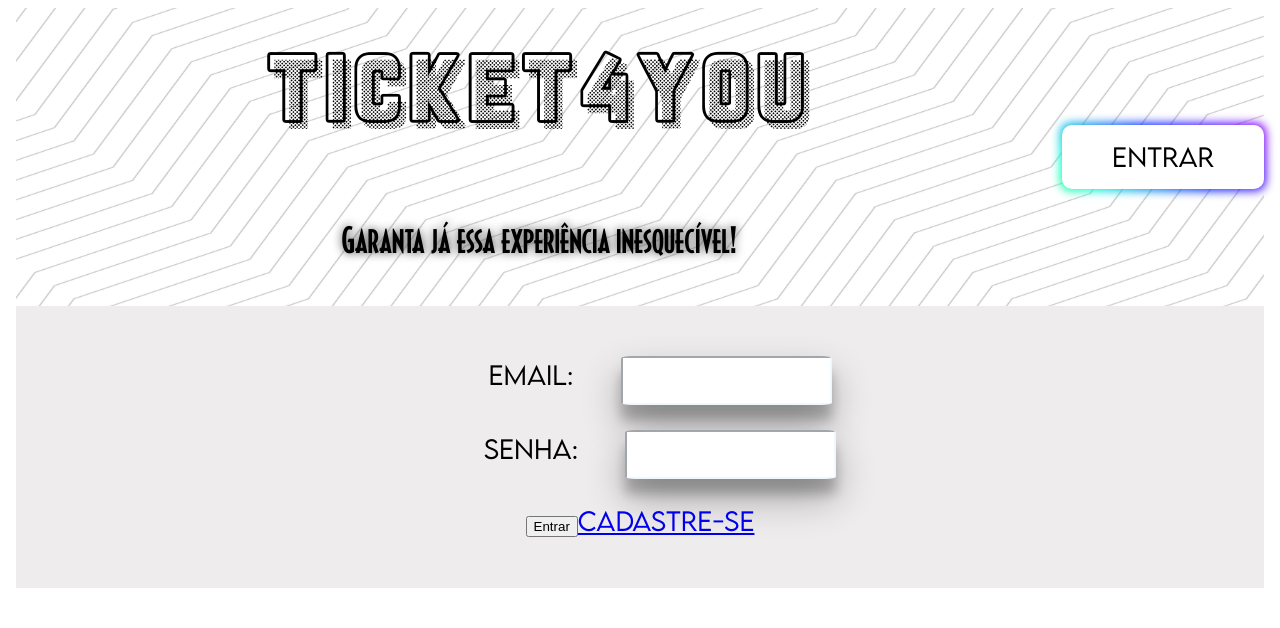
Repository: hellengurgaczz/projeto-DSA
Page: /login
An editor plug-in stored every save of this project. The page is shown before and after a run of saves, followed by the edit.
The browser window is 1280 px wide. The pictures show the whole page.
The project was rebuilt for these pictures with package versions that can differ from the ones it lists, and the page was loaded fresh each time. Some packages were replaced by stand-ins written for this rebuild. Also part of the build but not shown: angular.json, src/app/ingressos/templates/cadastrar/cadastrar.component.ts, src/app/models/ingresso.model.ts, src/app/services/ingresso.service.ts, src/app/compra/comprar-ingresso/comprar-ingresso.component.ts, src/app/models/compra.model.ts, src/app/services/compra.service.ts, src/app/ingressos/templates/deletar/deletar.component.ts and 3 more.

Above is the page before, as saved 2022-05-10 12:35:43.

After the next 3 saves:
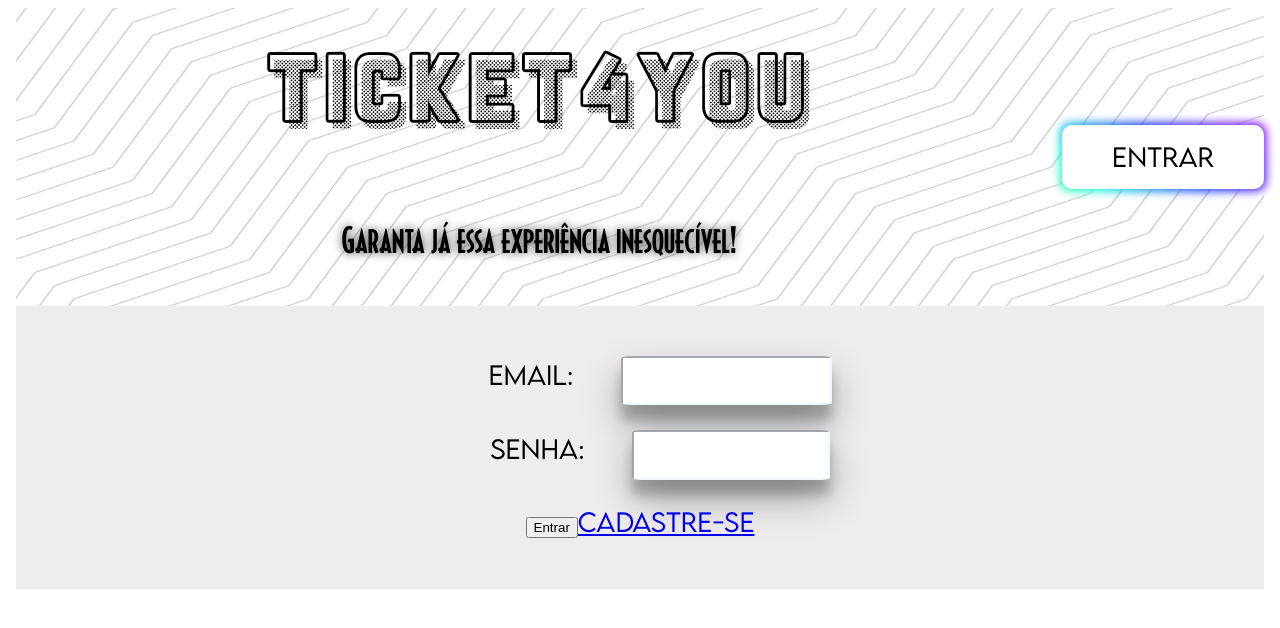
The 3 saves are shown as one change because they came seconds apart.
The last was saved 8 s later.
--- a/src/app/login/login.component.css
+++ b/src/app/login/login.component.css
@@ -26,7 +26,7 @@
   box-shadow: rgba(0, 0, 0, 0.3) 0px 19px 38px, rgba(0, 0, 0, 0.22) 0px 15px 12px;
   border-color: aliceblue;
   margin-bottom: 25px;
-  font-family: ;
+  font-family: LEMONMILIght;
 }
 
 @font-face{
